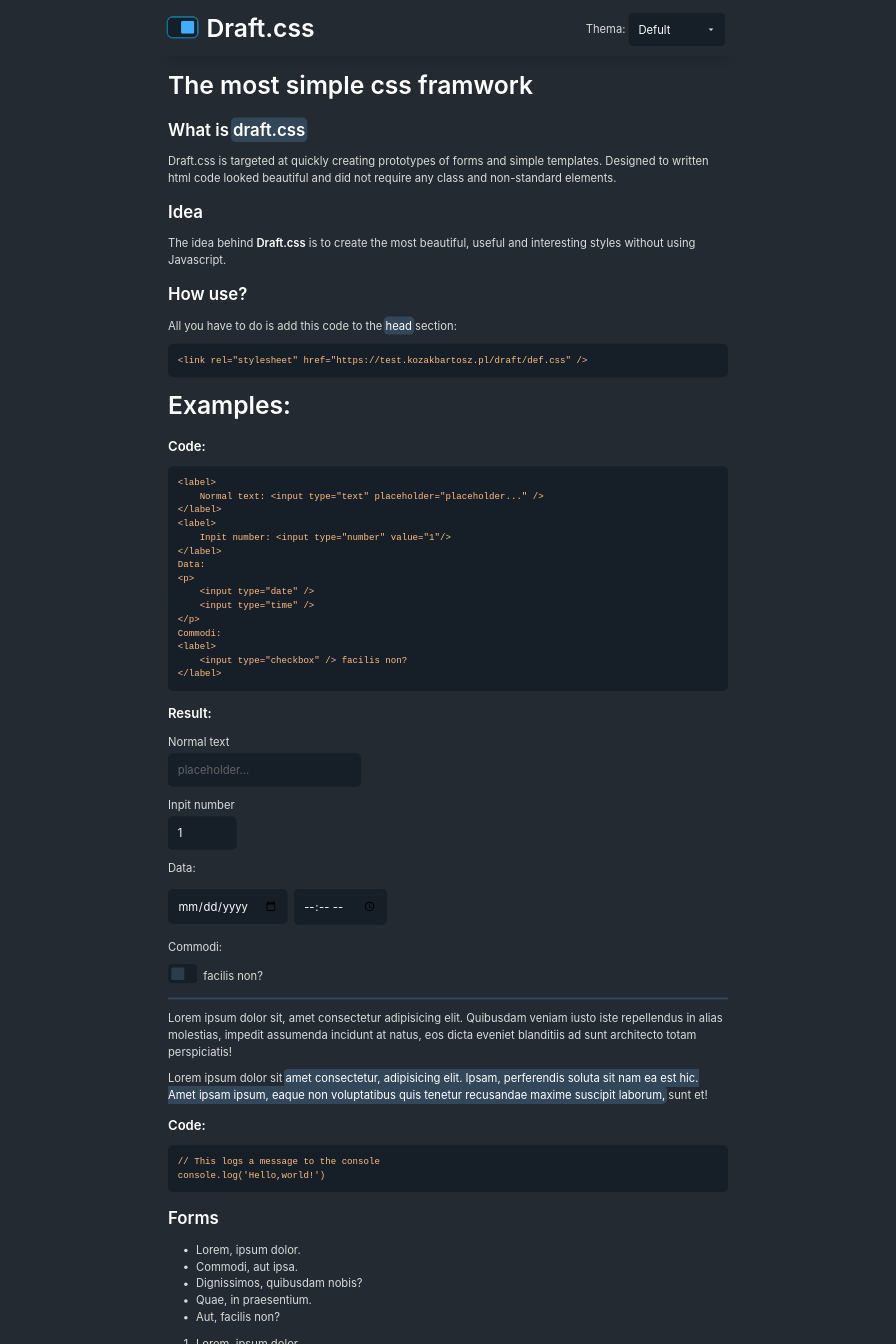
Repository: KozakBartosz/Draft
Page: index.html
These files come from the project's save history. The page is drawn as it stood at one moment and after the next save; the edit follows.
The browser window is 1280 px wide. The pictures show the part of the page from y = 0 to 1920 px (the page is 6109 px tall before and 6114 px after), at 70% of full size.

Above is the page before, as saved 2019-04-12 13:33:27.

After the next save:
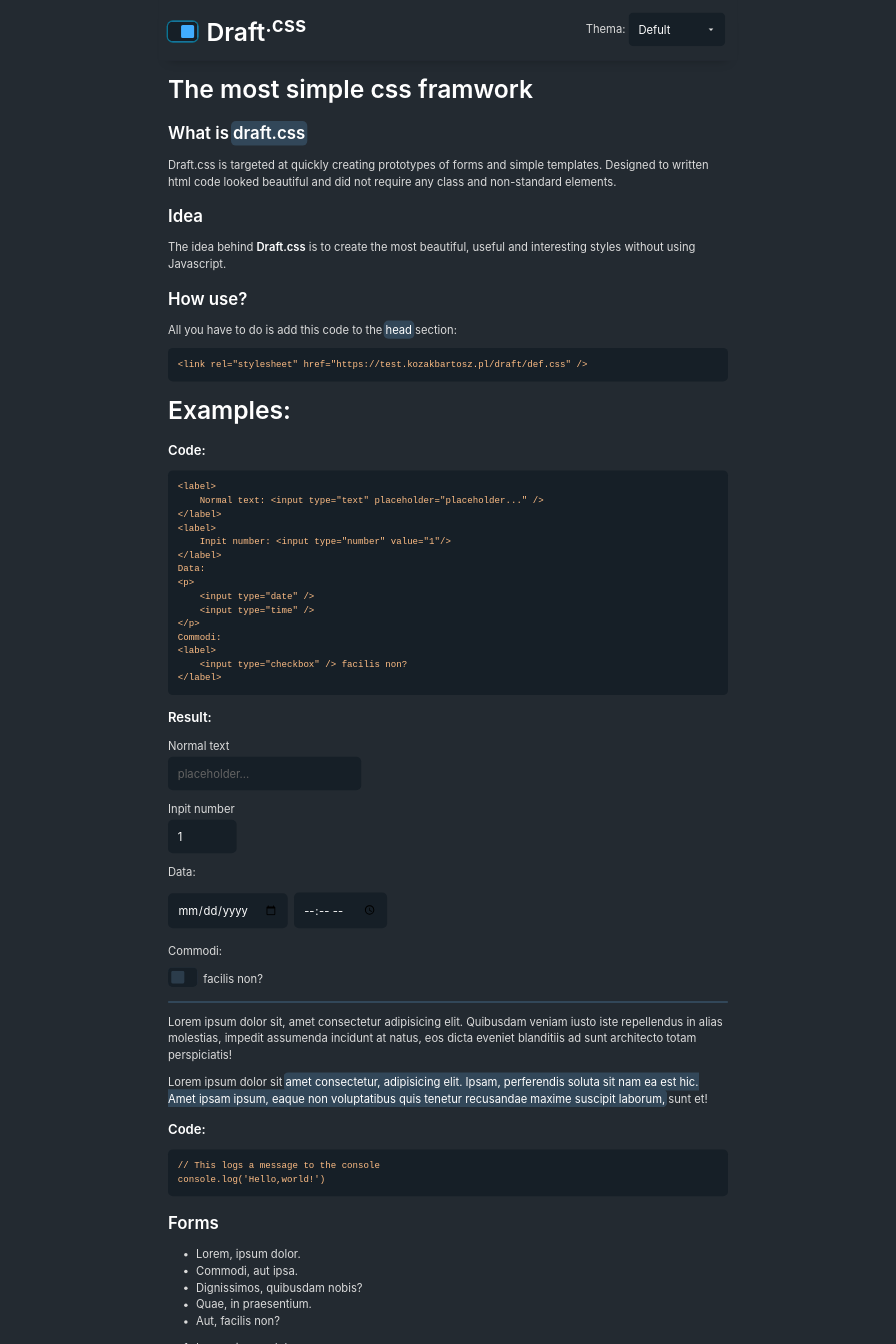
Saved 37 s later.
--- a/index.html
+++ b/index.html
@@ -4,7 +4,7 @@
 		<meta charset="UTF-8" />
 		<meta name="viewport" content="width=device-width, initial-scale=1.0" />
 		<meta http-equiv="X-UA-Compatible" content="ie=edge" />
-		<title>Draft<sup>.css</sup></title>
+		<title>Draft.css</title>
 		<link rel="stylesheet" href="draft.css" />
 	</head>
 	<body style="--sticky: calc(var(--mainpaddng) * 2 + 52px);">
@@ -20,7 +20,7 @@
 				</select>
 			</div>
 			<h1 style="margin-bottom: 0">
-				<input type="checkbox" checked="checked" /> Draft.css
+				<input type="checkbox" checked="checked" /> Draft<sup>.css</sup>
 			</h1>
 		</header>
 		<h1>The most simple css framwork</h1>
